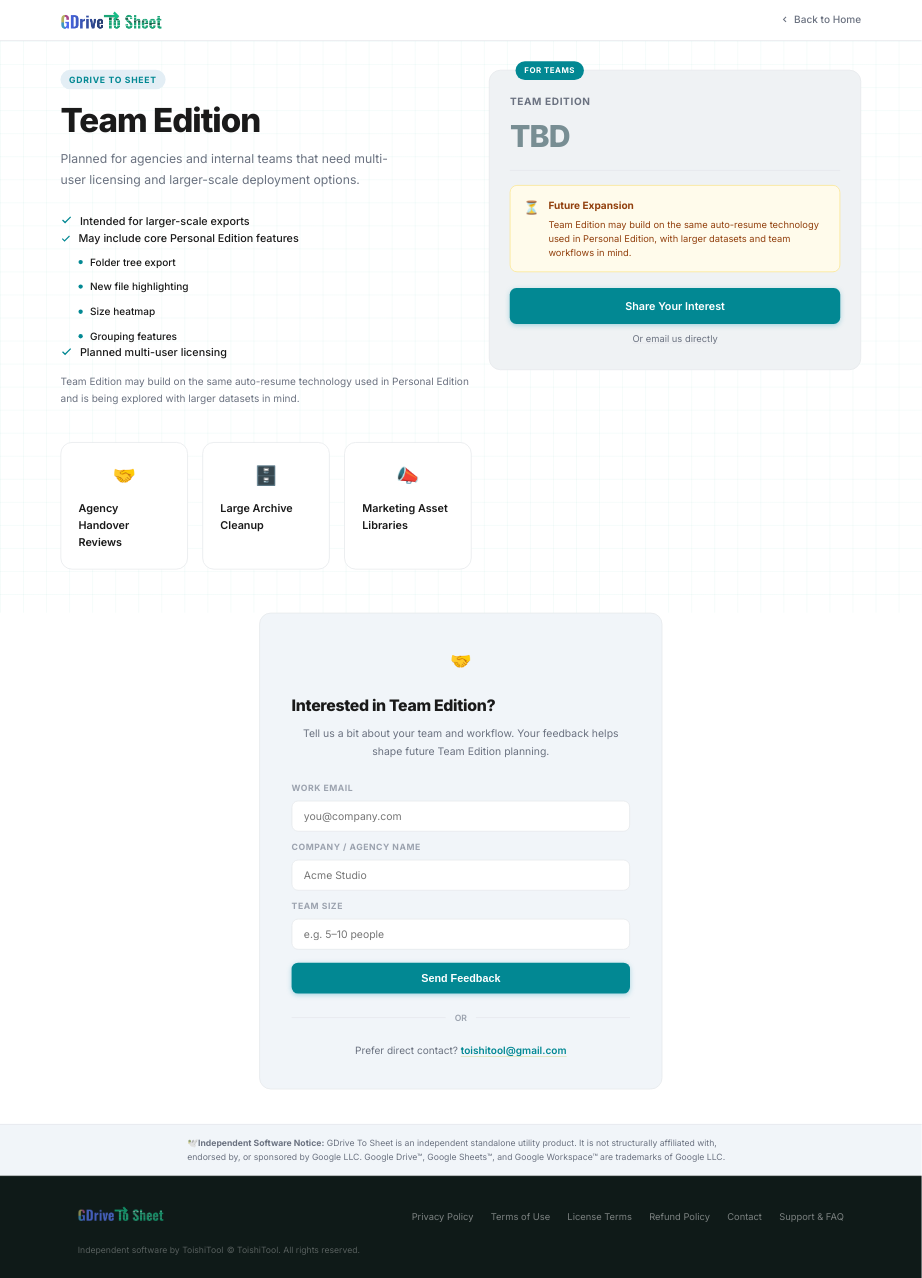
Repository: toishitool/gdrive-to-sheet
Page: team-edition.html
An editor plug-in stored every save of this project. The page is shown before and after the next save, followed by the edit.
The browser window is 1280 px wide. The pictures show the whole page, at 72% of full size.

Above is the page before, as saved 2026-06-22 14:41:18.

### team-edition.html
<!DOCTYPE html>
<html lang="en" class="scroll-smooth">

<head>
  <meta charset="UTF-8" />
  <meta name="viewport" content="width=device-width, initial-scale=1.0" />
  <title>Team Edition – GDrive To Sheet</title>
  <meta name="description"
    content="Planned Team Edition for agencies and internal teams. Multi-user licensing and expanded deployment options are under consideration." />
  <link rel="canonical" href="https://toishitool.github.io/gdrive-to-sheet/team-edition.html" />

  <link rel="preconnect" href="https://fonts.googleapis.com" />
  <link rel="preconnect" href="https://fonts.gstatic.com" crossorigin />
  <link href="https://fonts.googleapis.com/css2?family=Inter:wght@300;400;500;600;700;800&display=swap"
    rel="stylesheet" />

  <link rel="stylesheet" href="style.css">
</head>

<body class="theme-team">

  <div id="header-container"></div>


  <section class="hero grid-bg" aria-label="Team Edition">
    <div class="container">
      <div class="hero-grid">

        <div class="hero-copy">
          <span class="eyebrow">GDrive To Sheet</span>
          <h1>Team Edition</h1>
          <p class="sub">Planned for agencies and internal teams that need multi-user licensing and larger-scale
            deployment options.
          </p>
          <ul class="feature-list">
            <li><svg width="17" height="17" fill="none" stroke="currentColor" stroke-width="2.5" viewBox="0 0 24 24">
                <polyline points="20 6 9 17 4 12" />
              </svg> Intended for larger-scale exports</li>
            <li style="display: block;">
              <div style="display: flex; align-items: center; gap: 10px;">
                <svg width="15" height="15" fill="none" stroke="var(--primary)" stroke-width="2.5" viewBox="0 0 24 24">
                  <polyline points="20 6 9 17 4 12" />
                </svg>
                <span>May include core Personal Edition features</span>
              </div>
              <ul
                style="list-style: none; padding-left: 25px; margin-top: 10px; display: flex; flex-direction: column; gap: 12px;">
                <li style="display: flex; align-items: center; gap: 10px; font-size: 14px;">
                  <span
                    style="width: 6px; height: 6px; background-color: var(--primary); border-radius: 50%; flex-shrink: 0;"></span>
                  <span>Folder tree export</span>
                </li>
                <li style="display: flex; align-items: center; gap: 10px; font-size: 14px;">
                  <span
                    style="width: 6px; height: 6px; background-color: var(--primary); border-radius: 50%; flex-shrink: 0;"></span>
                  <span>New file highlighting</span>
                </li>
                <li style="display: flex; align-items: center; gap: 10px; font-size: 14px;">
                  <span
                    style="width: 6px; height: 6px; background-color: var(--primary); border-radius: 50%; flex-shrink: 0;"></span>
                  <span>Size heatmap</span>
                </li>
                <li style="display: flex; align-items: center; gap: 10px; font-size: 14px;">
                  <span
                    style="width: 6px; height: 6px; background-color: var(--primary); border-radius: 50%; flex-shrink: 0;"></span>
                  <span>Grouping features</span>
                </li>
              </ul>

            </li>
            <li><svg width="17" height="17" fill="none" stroke="currentColor" stroke-width="2.5" viewBox="0 0 24 24">
                <polyline points="20 6 9 17 4 12" />
              </svg> Planned multi-user licensing</li>

          </ul>
          <p class="feature-note">
            Team Edition may build on the same auto-resume technology used in Personal Edition and is being explored
            with larger datasets in mind.
          </p>

          <div class="use-grid">
            <div class="use-card" style="flex-direction: column;"><span class="use-icon">🤝</span>
              <h3>Agency Handover Reviews</h3>
            </div>
            <div class="use-card" style="flex-direction: column;"><span class="use-icon">🗄️</span>
              <h3>Large Archive Cleanup</h3>
            </div>
            <div class="use-card" style="flex-direction: column;"><span class="use-icon">📣</span>
              <h3>Marketing Asset Libraries</h3>
            </div>
          </div>
        </div>

        <div class="price-card">
          <span class="price-card-badge">For Teams</span>
          <div class="price-name">Team Edition</div>
          <div class="price-amount">
            <span class="price-now">TBD</span>
          </div>

          <div class="price-divider"></div>

          <div class="coming-soon">
            <span class="cs-icon">⏳</span>
            <div>
              <h3>Future Expansion</h3>
              <p>
                Team Edition may build on the same auto-resume technology used in Personal Edition, with larger datasets and team workflows in mind.
              </p>
            </div>
          </div>

          <a href="#contact" class="btn btn-primary price-card-btn">
            Share Your Interest
          </a>
          <a href="mailto:toishitool@gmail.com" class="price-secondary-link">
            Or email us directly
          </a>
        </div>

      </div>
    </div>
  </section>

  <section class="contact-section" id="contact" aria-labelledby="contact-heading">
    <div class="container">
      <div class="contact-card">
        <div class="c-icon">🤝</div>
        <h2 id="contact-heading">Interested in Team Edition?</h2>
        <p class="desc">
          Tell us a bit about your team and workflow. Your feedback helps shape future Team Edition planning.
        </p>

        <form class="contact-form" id="contact-form">
          <div class="field-row">
            <label for="t-email">Work Email</label>
            <input type="email" id="t-email" placeholder="you@company.com" required />
          </div>
          <div class="field-row">
            <label for="t-company">Company / Agency Name</label>
            <input type="text" id="t-company" placeholder="Acme Studio" />
          </div>
          <div class="field-row">
            <label for="t-size">Team Size</label>
            <input type="text" id="t-size" placeholder="e.g. 5–10 people" />
          </div>
          <button type="submit" class="btn btn-primary">Send Feedback</button>
        </form>
        <div class="contact-success" id="contact-success">
          <svg width="16" height="16" fill="none" stroke="currentColor" stroke-width="2.5" viewBox="0 0 24 24">
            <polyline points="20 6 9 17 4 12" />
          </svg>
          Thanks! Your feedback has been received.
        </div>

        <div class="contact-divider">OR</div>

        <p style="font-size:14px;color:var(--text-muted);">
          Prefer direct contact? <a href="mailto:toishitool@gmail.com" class="contact-link">toishitool@gmail.com</a>
        </p>
      </div>
    </div>
  </section>

  <div class="notice-block">
    <p>🕊️<strong>Independent Software Notice:</strong> GDrive To Sheet is an independent standalone utility
      product. It is not structurally affiliated with, endorsed by, or sponsored by Google LLC. Google Drive™, Google
      Sheets™, and Google Workspace™ are trademarks of Google LLC.</p>
  </div>
  <div id="footer-container"></div>
  <script src="js/common.js"></script>

  <script>
    // Early-access contact form — placeholder client-side handling.
    // Replace this with a real integration (e.g. Google Form endpoint, CRM webhook, email service).
    const form = document.getElementById('contact-form');
    const success = document.getElementById('contact-success');
    form.addEventListener('submit', function (e) {
      e.preventDefault();
      const email = document.getElementById('t-email').value;
      if (!email) return;
      // TODO: send form fields to your backend/CRM/email service here.
      form.classList.add('hide');
      success.classList.add('show');
    });
  </script>

</body>

</html>

### header.html
<nav aria-label="Main navigation">
  <div class="nav-inner">
    <a href="index.html" class="nav-logo">
      <img src="images/logo_gdrivetosheet.png" alt="GDrive To Sheet" />
    </a>
    <a href="index.html" class="nav-back hover-underline">
      <svg width="14" height="14" fill="none" stroke="currentColor" stroke-width="2.5" viewBox="0 0 24 24"><polyline points="15 18 9 12 15 6"/></svg>
      Back to Home
    </a>
  </div>
</nav>

### footer.html
<footer role="contentinfo" class="footer">
  <div class="container">
    <div class="footer-inner">
      <a href="index.html" class="footer-logo">
        <img src="images/logo_gdrivetosheet_dk.png" alt="GDrive To Sheet Home" />
      </a>

      <div class="footer-links">
        <a href="privacy-policy.html">Privacy Policy</a>
        <a href="terms.html">Terms of Use</a>
        <a href="license.html">License Terms</a>
        <a href="refund-policy.html">Refund Policy</a>
        <a href="contact.html">Contact</a>
        <a href="support.html">Support &amp; FAQ</a>
      </div>

      <div class="footer-bottom-text">
        <span class="footer-copy">Independent software by ToishiTool</span>
        <span class="footer-copy">
          © <span id="year"></span> ToishiTool. All rights reserved.
        </span>

        <script>
          document.getElementById("year").textContent =
            new Date().getFullYear();
        </script>
      </div>
    </div>
  </div>
</footer>

Loaded but not shown: js/common.js (40 lines, source omitted); style.css (3110 lines, source omitted)

After the next save:
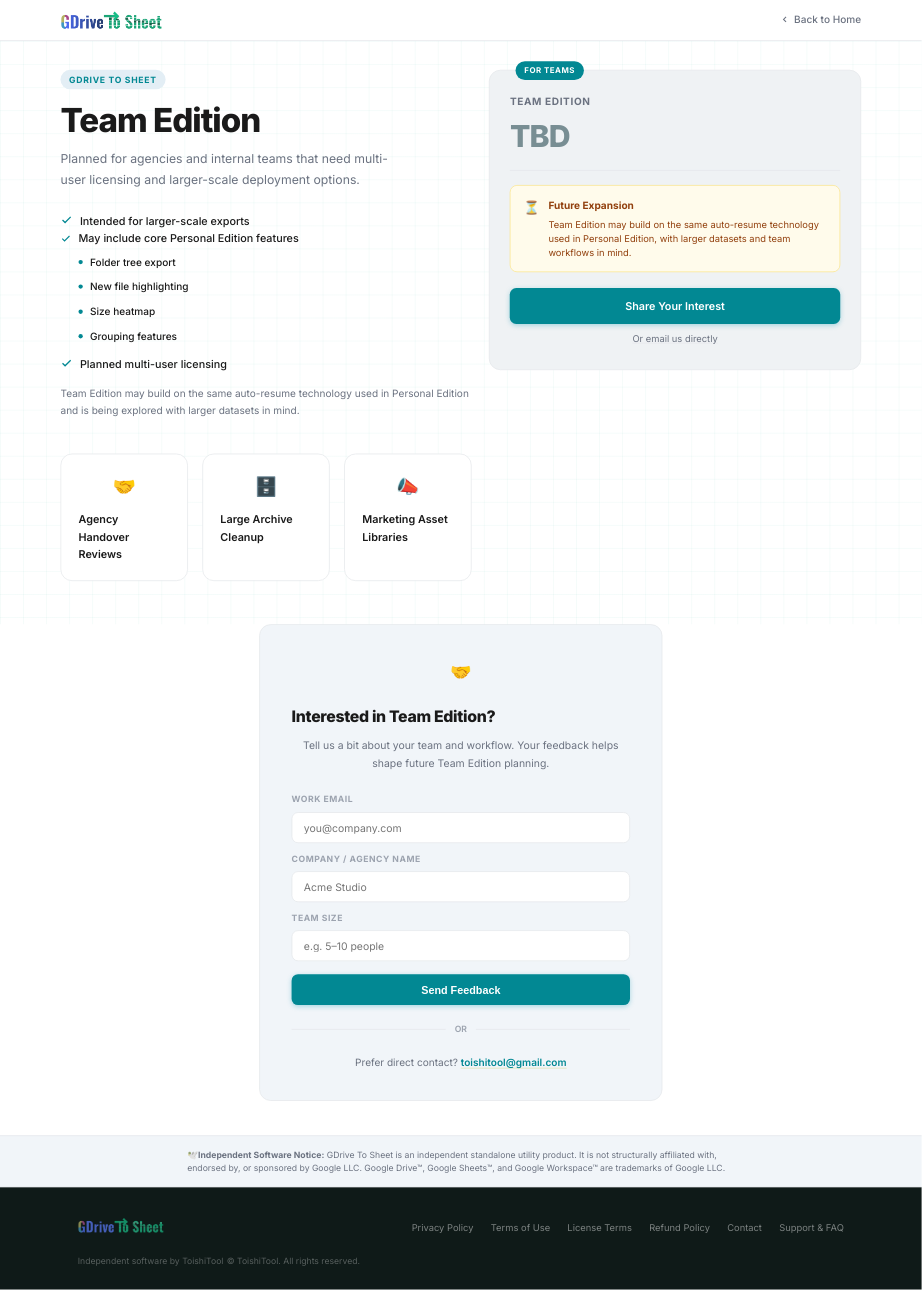
Saved 2 min 2 s later.
--- a/team-edition.html
+++ b/team-edition.html
@@ -44,7 +44,7 @@
                 <span>May include core Personal Edition features</span>
               </div>
               <ul
-                style="list-style: none; padding-left: 25px; margin-top: 10px; display: flex; flex-direction: column; gap: 12px;">
+                style="list-style: none; padding-left: 25px; margin-top: 10px; margin-bottom: 16px; display: flex; flex-direction: column; gap: 12px;">
                 <li style="display: flex; align-items: center; gap: 10px; font-size: 14px;">
                   <span
                     style="width: 6px; height: 6px; background-color: var(--primary); border-radius: 50%; flex-shrink: 0;"></span>
@@ -66,7 +66,6 @@
                   <span>Grouping features</span>
                 </li>
               </ul>
-
             </li>
             <li><svg width="17" height="17" fill="none" stroke="currentColor" stroke-width="2.5" viewBox="0 0 24 24">
                 <polyline points="20 6 9 17 4 12" />
